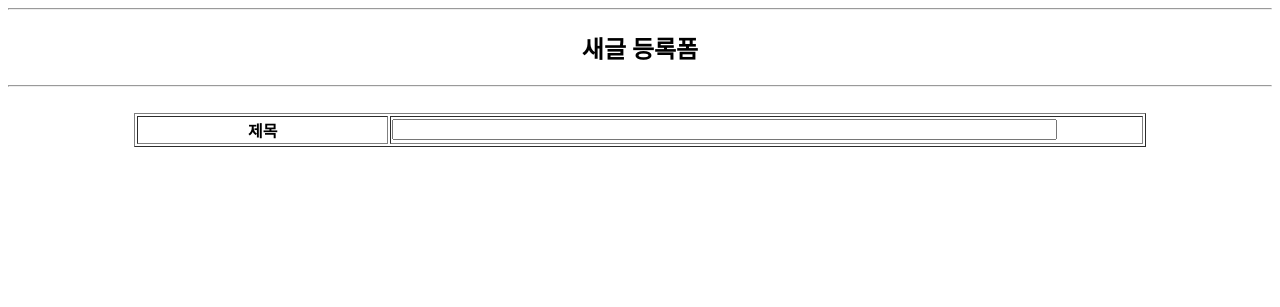
Repository: skim24245/web_workspace_src
Page: http://localhost/Mission-Web/jsp/board/writeForm.jsp
The author's editor kept a copy of each file at every save. The page is drawn from the files as they stood at one save, then again after the next save.
The browser window is 1280 px wide. The pictures show the whole page.
The page is served by Tomcat 9. Other server files are loaded and not shown.

Above is the page before, as saved 2022-06-02 08:11:58.

### Mission-Web/src/main/webapp/jsp/board/writeForm.jsp
<%@ page language="java" contentType="text/html; charset=UTF-8"
	pageEncoding="UTF-8"%>
<!DOCTYPE html>
<html>
<head>
<meta charset="UTF-8">
<title>Insert title here</title>
</head>
<body>
	<div align="center">
		<hr>
		<h2>
			새글 등록폼</h2>
			<hr>
			<br>
			<form>
				<table border="1" style="width: 80%">
					<tr>
						<th width="25%">제목</th>
						<td><input type="text" name="title" size="80"></td>
					</tr>

				</table>
			</form>
	</div>
</body>
</html>

After the next save:
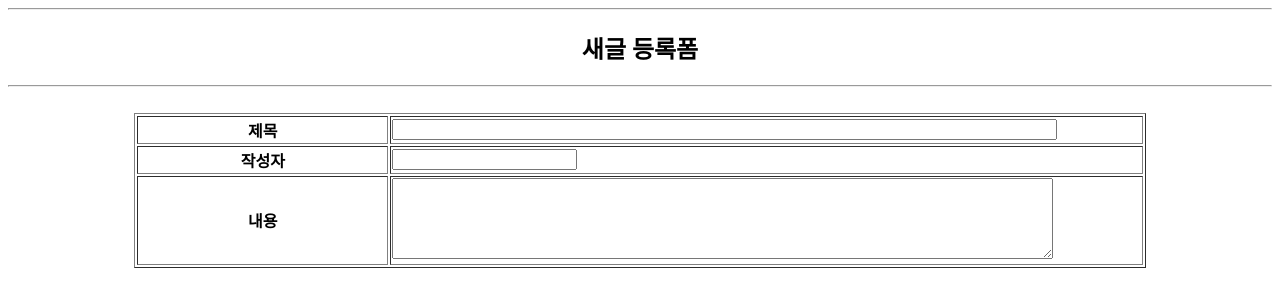
Saved 109 s later.
--- a/Mission-Web/src/main/webapp/jsp/board/writeForm.jsp
+++ b/Mission-Web/src/main/webapp/jsp/board/writeForm.jsp
@@ -19,6 +19,16 @@
 						<th width="25%">제목</th>
 						<td><input type="text" name="title" size="80"></td>
 					</tr>
+					<tr>
+						<th width="25%">작성자</th>
+						<td><input type="text" name="writer"></td>
+					</tr>
+					<tr>
+						<th width="25%">내용</th>
+						<td>
+						<textarea rows="5" cols="80" name="content"></textarea>
+						</td>
+					</tr>
 
 				</table>
 			</form>
